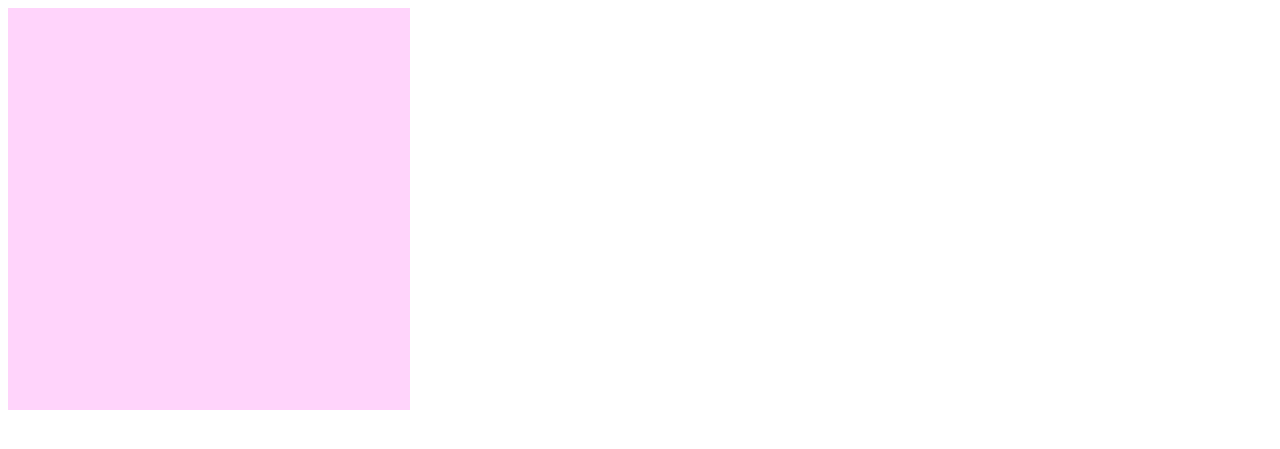
Repository: HyunraDate/ZhongpingShen
Page: Chocolate.html
An editor plug-in stored every save of this project. The page is shown before and after the next save, followed by the edit.
The browser window is 1280 px wide. The pictures show the whole page.

Above is the page before, as saved 2024-02-14 15:47:59.

### Chocolate.html
 <!DOCTYPE html>
 <html lang="en">
 <head>
    <meta charset="UTF-8">
    <meta name="viewport" content="width=device-width, initial-scale=1.0">
    <title>Valentines Day</title>
    <style>
      #webgl {
         border: 1px solid #ffd4fb;
      }
    </style>
 </head>

 <body>
    <canvas id="webgl" width="400" height="400">
      情人节快乐！
    </canvas>
    <script src="app.js"></script>
 </body>
 </html>

### app.js
let canvas = document.getElementById('webgl')
let gl = canvas.getContext('webgl') //webgl 是3d，2d直接写2d


//vertexShader, fragmentShader 组成program
let vertexSource = `
void main() {
    gl_Position = vec4 (0.0, 0.0, 0.0, 1.0); //center
    gl_PointSize = 10.0;
}
`
//glsl

//this is 像素点的颜色的信息
let fragmentSource = `
void main() {
    gl_FragColor = vec4(1.0, 0.0, 0.0, 1.0); //red
}
`

//this is 容器
//let`s 封装
/**
 * create Shades
 */
function createShader(gl, type, source){
    let shader = gl.createShader(type)
    gl.shaderSource(shader, source)
    gl.compileShader(shader)

    return shader
}

//咁你就可以直接调用函数啦
let vertexShader = createShader(gl, gl.VERTEX_SHADER, vertexSource)
let fragmentShader= createShader(gl, gl.FRAGMENT_SHADER, vertexSource)
//U dont need these anymore, they are in function now
// let vertexShader = gl.createShader(gl.VERTEX_SHADER)
// let fragmentShader = gl.createShader(gl.FRAGMENT_SHADER)

// gl.shaderSource(vertexShader, vertexSource) //this is 源代码
// gl.shaderSource(fragmentShader, fragmentSource)

// gl.compileShader(vertexShader)
// gl.compileShader(fragmentShader)

//program
function createProgram(){

}
let program = gl.createProgram()
gl.attachShader(program, vertexShader)
gl.attachShader(program, fragmentShader)
gl.linkProgram(program)
gl.useProgram(program)

//webgl (3d) //清空canvas画布
//gl.clearColor(0.5, 0.5, 0.5, 1.0)  //(0.0, 0.0, 0.0, 1.0)Black //RGB + Ahpha透明通道，0.0完全透明
//gl.clear(gl.COLOR_BUFFER_BIT) //大写：常量 like Math.PI //this is 清空颜色*(整个画布)

//ps if you wanna #ffd4fb，你可以将其转换为RGB值，然后将每个分量除以255.0来得到相应的浮点数。
// 将颜色#ffd4fb转换为浮点数
let r = 255 / 255.0;
let g = 212 / 255.0;
let b = 251 / 255.0;

// 设置清除颜色
gl.clearColor(r, g, b, 1.0);
gl.clear(gl.COLOR_BUFFER_BIT)

//画一个点
gl.drawArrays(gl.POINTS, 0,1)

//webgl (2d)
//ctx.fillRect(0, 0, 400, 400)
// gl.fillStyle = 'fuchsia'
// gl.fillRect(0, 0, 400, 400)

After the next save:
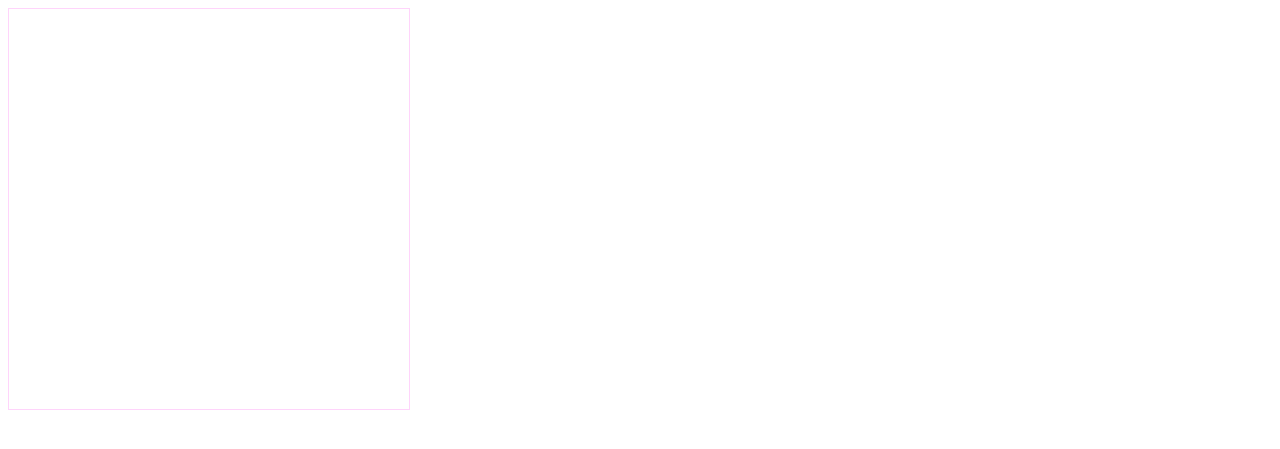
Console error: TypeError: Failed to execute 'attachShader' on 'WebGLRenderingContext': parameter 2 is not of type 'WebGLShader'.
Saved 2 min 55 s later.
--- a/app.js
+++ b/app.js
@@ -26,8 +26,17 @@
 function createShader(gl, type, source){
     let shader = gl.createShader(type)
     gl.shaderSource(shader, source)
+
     gl.compileShader(shader)
 
+    //complie shader result 有可能失败
+    let compiLe = gl.getShaderParameter(shader, gl.COMPILE_STATUS)
+    if (compiLe) {
+        return shader
+    }
+    else {
+        return null
+    }
     return shader
 }
 

After the 2 saves that followed:
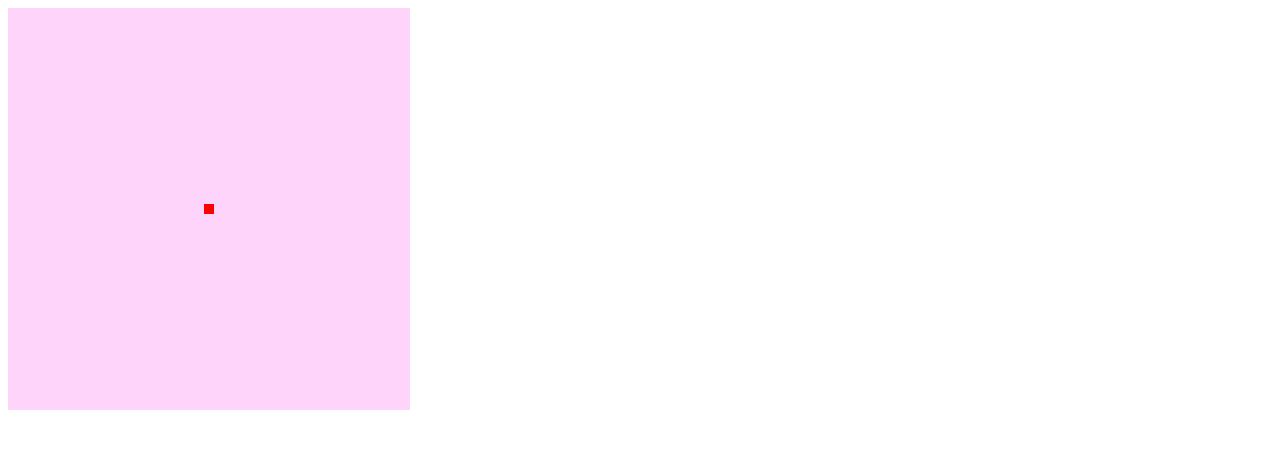
The error is gone.
The 2 saves are shown as one change because 1 left the picture as it was.
The last was saved 5 min 7 s later.
--- a/app.js
+++ b/app.js
@@ -5,7 +5,7 @@
 //vertexShader, fragmentShader 组成program
 let vertexSource = `
 void main() {
-    gl_Position = vec4 (0.0, 0.0, 0.0, 1.0); //center
+    gl_Position = vec4 (0.0, 0.0, 0.0, 1.0);
     gl_PointSize = 10.0;
 }
 `
@@ -14,7 +14,7 @@
 //this is 像素点的颜色的信息
 let fragmentSource = `
 void main() {
-    gl_FragColor = vec4(1.0, 0.0, 0.0, 1.0); //red
+    gl_FragColor = vec4(1.0, 0.0, 0.0, 1.0);
 }
 `
 
@@ -35,6 +35,7 @@
         return shader
     }
     else {
+        console.log('compile shader error')
         return null
     }
     return shader
@@ -42,7 +43,8 @@
 
 //咁你就可以直接调用函数啦
 let vertexShader = createShader(gl, gl.VERTEX_SHADER, vertexSource)
-let fragmentShader= createShader(gl, gl.FRAGMENT_SHADER, vertexSource)
+let fragmentShader= createShader(gl, gl.FRAGMENT_SHADER, fragmentSource)
+
 //U dont need these anymore, they are in function now
 // let vertexShader = gl.createShader(gl.VERTEX_SHADER)
 // let fragmentShader = gl.createShader(gl.FRAGMENT_SHADER)
